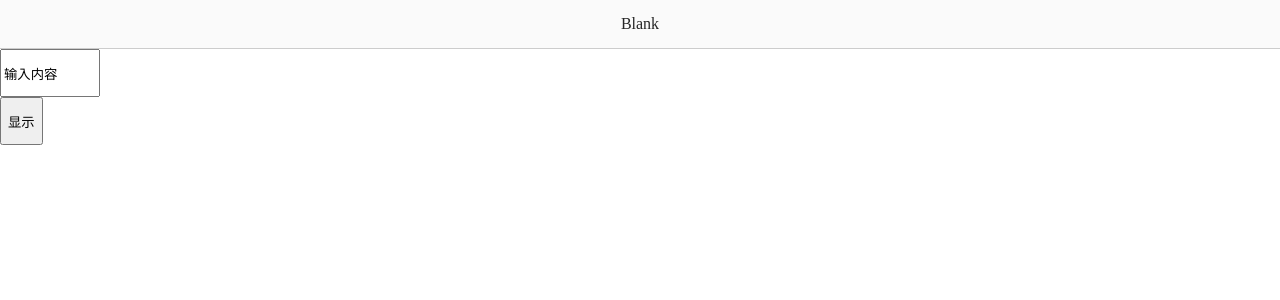
Repository: andycj7/-
Page: web/test1/index.html
These files come from the project's save history. The page is drawn as it stood at one moment and after the next save; the edit follows.
The browser window is 1280 px wide. The pictures show the whole page.

Above is the page before, as saved 2020-07-15 01:11:41.

### web/test1/index.html
<html>

<head>
<meta charset="utf-8">
<meta name="viewport"
	content="initial-scale=1, maximum-scale=1, user-scalable=no, width=device-width">
<title>Blank</title>
<link rel="stylesheet" href="css/base.css">
</head>

<body>
	<div class="title">Blank</div>
	<div class="line"></div>

	<input id = "in_1" class = "input_1" value="输入内容" onclick='document.getElementById("in_1").value = ""'></input>
	<br>
	<button class = "button_1" onclick='document.getElementById("p_1").innerHTML = document.getElementById("in_1").value'>显示</button>
	<br>
	<p id ="p_1"></p>
</body>

</html>

### web/test1/css/base.css
@charset "UTF-8";

body {
	margin: 0;
}

.title {
	height: 48px;
	font-size: 16px;
	line-height: 48px;
	text-align: center;
	color: rgba(0, 0, 0, .85);
	background-color: #fafafa;
}

.line {
	width: 100%;
	height: 1px;
	background-color: rgb(204, 204, 204);
}

.input_1 {
	width: 100px;
	height: 48px;
}

.button_1 {
	widows: 48px;
	height: 48px;
}

After the next save:
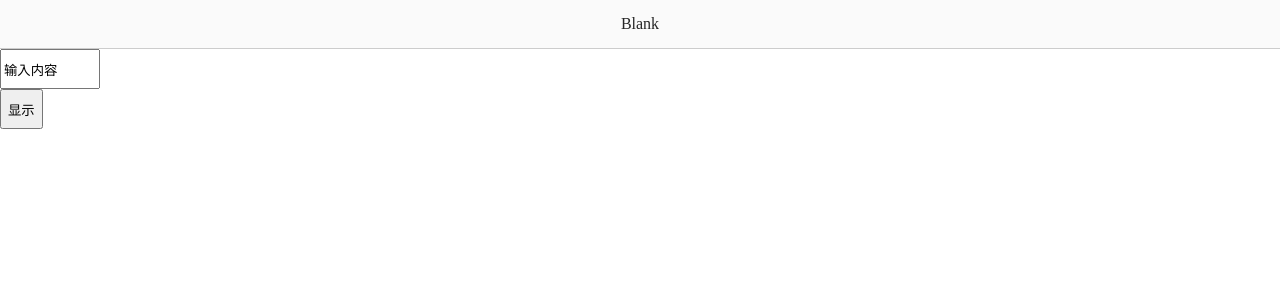
Saved 56 s later.
--- a/web/test1/css/base.css
+++ b/web/test1/css/base.css
@@ -21,10 +21,10 @@ body {
 
 .input_1 {
 	width: 100px;
-	height: 48px;
+	height: 40px;
 }
 
 .button_1 {
 	widows: 48px;
-	height: 48px;
+	height: 40px;
 }
